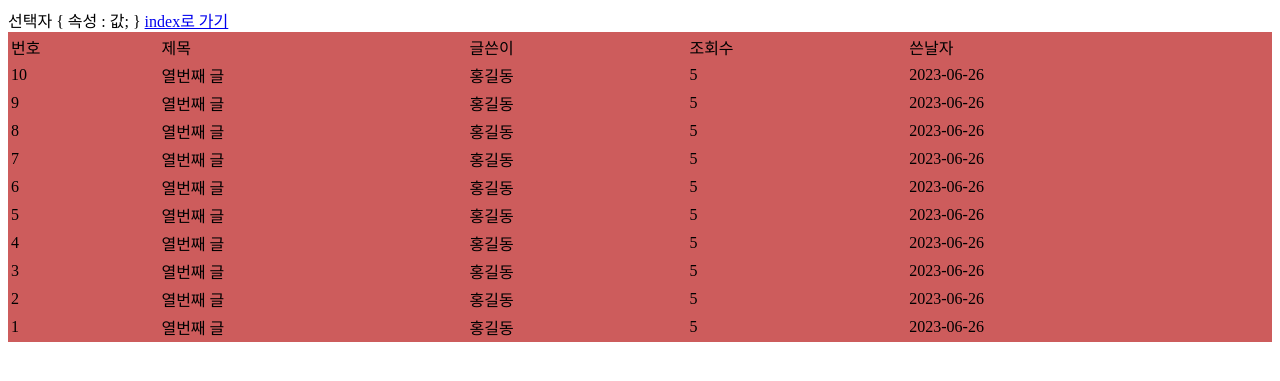
Repository: popll1/Pleiades
Page: http://localhost/jun261/main.jsp
The author's editor kept a copy of each file at every save. The page is drawn from the files as they stood at one save, then again after the next save.
The browser window is 1280 px wide. The pictures show the whole page.
The page is served by Tomcat 9.

Above is the page before, as saved 2023-06-26 06:17:24.

### jun261/src/main/webapp/main.jsp
<%@ page language="java" contentType="text/html; charset=EUC-KR"
    pageEncoding="UTF-8"%>
<!DOCTYPE html>
<html>
<head>
<meta charset="EUC-KR">
<title>main</title>
<style type="text/css"></style>
선택자 {
속성 : 값;
}
</head>
<body>
	<a href = "./index.jsp">index로 가기 </a>
	<table style = "width: 100%; height : 300px; background-color: #CD5C5C;">
		<tr>
			<td style ="width = 10%">번호</td>
			<td style ="width = 50%">제목</td>
			<td style ="width = 10%">글쓴이</td>
			<td style ="width = 10%">조회수</td>
			<td style ="width = 20%">쓴날자</td>
		</tr>
		<%for(int i = 10; i > 0; i--){ %>
		<tr>
			<td ><%=i %></td>
			<td>열번째 글</td>
			<td>홍길동</td>
			<td>5</td>
			<td>2023-06-26</td>
		</tr>
		<%} %>
		</table>
</body>
</html>

After the next save:
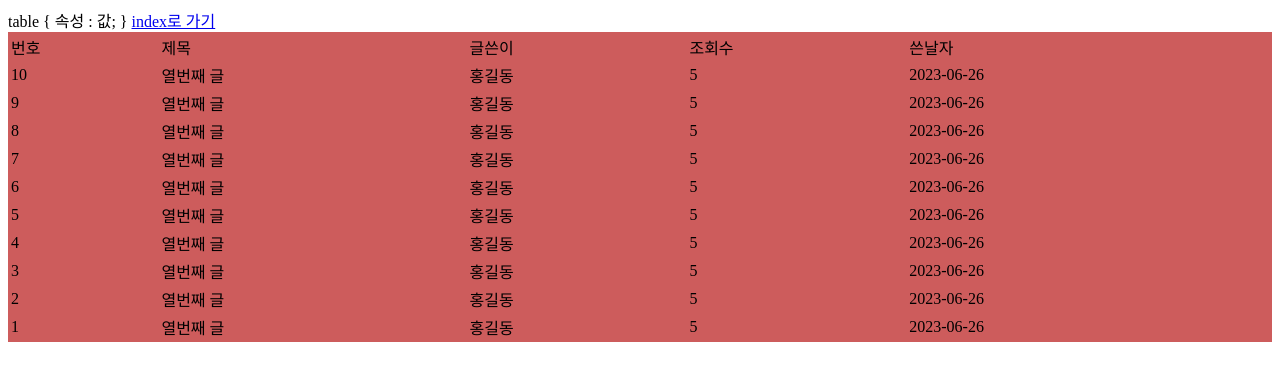
Saved 12 s later.
--- a/jun261/src/main/webapp/main.jsp
+++ b/jun261/src/main/webapp/main.jsp
@@ -6,7 +6,7 @@
 <meta charset="EUC-KR">
 <title>main</title>
 <style type="text/css"></style>
-선택자 {
+table {
 속성 : 값;
 }
 </head>
